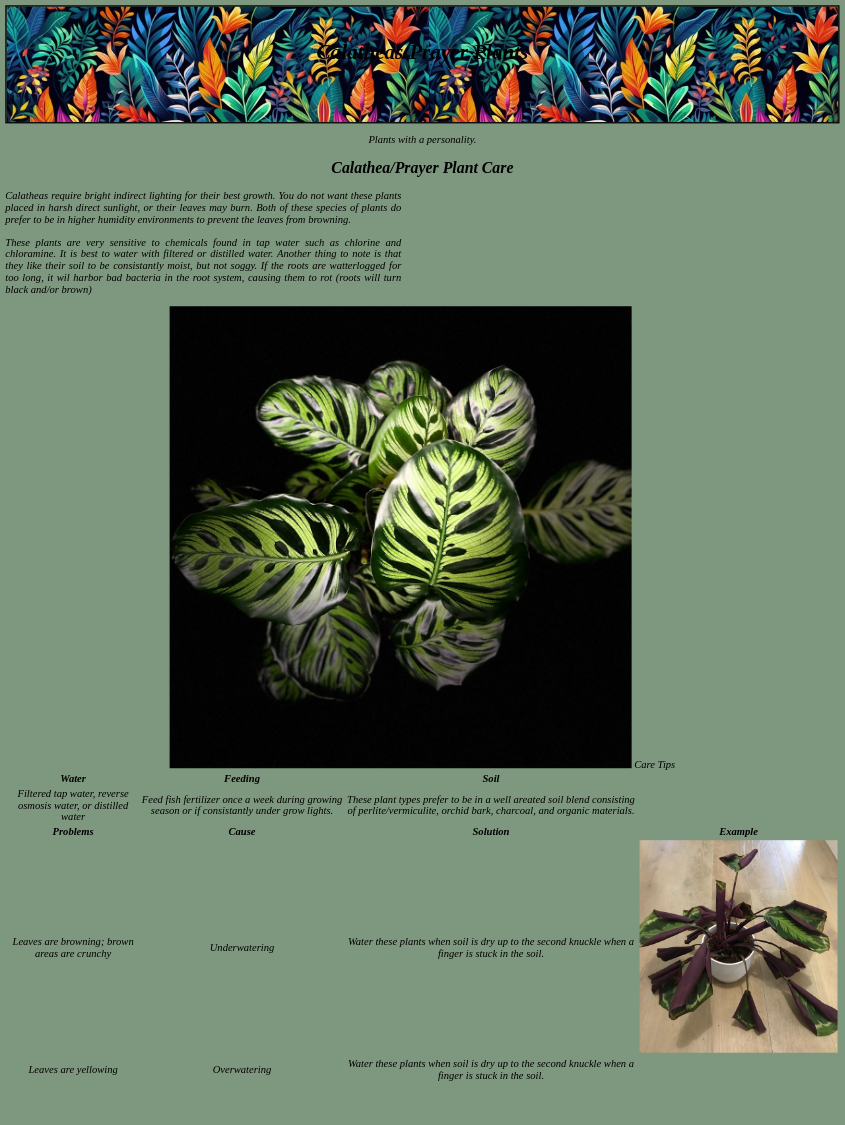
Repository: swillis91/odin-recipies
Page: Planty Page/calatheas.html
These files come from the project's save history. The page is drawn as it stood at one moment and after the next save; the edit follows.
The browser window is 1280 px wide. The pictures show the whole page, at 66% of full size.

Above is the page before, as saved 2023-08-10 00:33:32.

### Planty Page/calatheas.html
<!DOCTYPE html>
    <html>
        <head>
            <title>Calatheas</title>
            <link href="style.css" rel="stylesheet"
        </head>
        <body>
            <h1 class="heading">Calatheas/Prayer Plants</h1>
              <p>Plants with a personality.</p>
            <h2>Calathea/Prayer Plant Care</h2>
              <p class="care">Calatheas require bright indirect lighting for their best growth. You do not want these plants placed in harsh direct sunlight, or their leaves may burn. Both of these species of plants do prefer to be in higher humidity environments to prevent the leaves from browning.</p>
              <p class="care">These plants are very sensitive to chemicals found in tap water such as chlorine and chloramine. It is best to water with filtered or distilled water. Another thing to note is that they like their soil to be consistantly moist, but <em>not</em> soggy. If the roots are watterlogged for too long, it wil harbor bad bacteria in the root system, causing them to rot (roots will turn black  and/or brown)</p>
                <img src="./Images/makoyana.webp" id="calathea makoyana" width="700px">
            <thead>Care Tips</thead>
            <table>
                <tr>
                    <th>Water</th>
                    <th>Feeding</th>
                    <th>Soil</th>
                </tr>
                <tr>
                    <td>Filtered tap water, reverse osmosis water, or distilled water</td>
                    <td>Feed fish fertilizer once a week during growing season or if consistantly under grow lights.</td>
                    <td>These plant types prefer to be in a well areated soil blend consisting of perlite/vermiculite, orchid bark, charcoal, and organic materials.</td>
                </tr>
                <tr>
                    <th>Problems</th>
                    <th>Cause</th>
                    <th>Solution</th>
                    <th>Example</th>
                </tr>
                <tr>
                    <td>Leaves are browning; brown areas are crunchy</td>
                    <td>Underwatering</td>
                    <td>Water these plants when soil is dry up to the second knuckle when a finger is stuck in the soil.</td>
                    <td><img src='./Images/underwateredcalathea.jpg' width="300px"> </td>
                </tr>
                <tr>
                    <td>Leaves are yellowing</td>
                    <td>Overwatering</td>
                    <td>Water these plants when soil is dry up to the second knuckle when a finger is stuck in the soil.</td>
                </tr>
            </table>
        </body>
    </html>

### Planty Page/style.css
body{
    background-color: rgb(126, 152, 127);
    color:black;
    text-align: center;
    font-family:cursive;
    font-style: oblique;
}

.heading{
    color: rgba(0, 0, 0, 0.974);
    border: 2px solid rgb(0, 3, 3);
    background-image: url('Images/banner.jpg');
    height: 75px;
    margin: 0 auto;
    padding:50px 20px;

}

.care{
    text-align: justify;
    width: 600px;

}

#calathea-makoyana{
    width: 500px;
    Height: auto:
}

table{

}

After the next save:
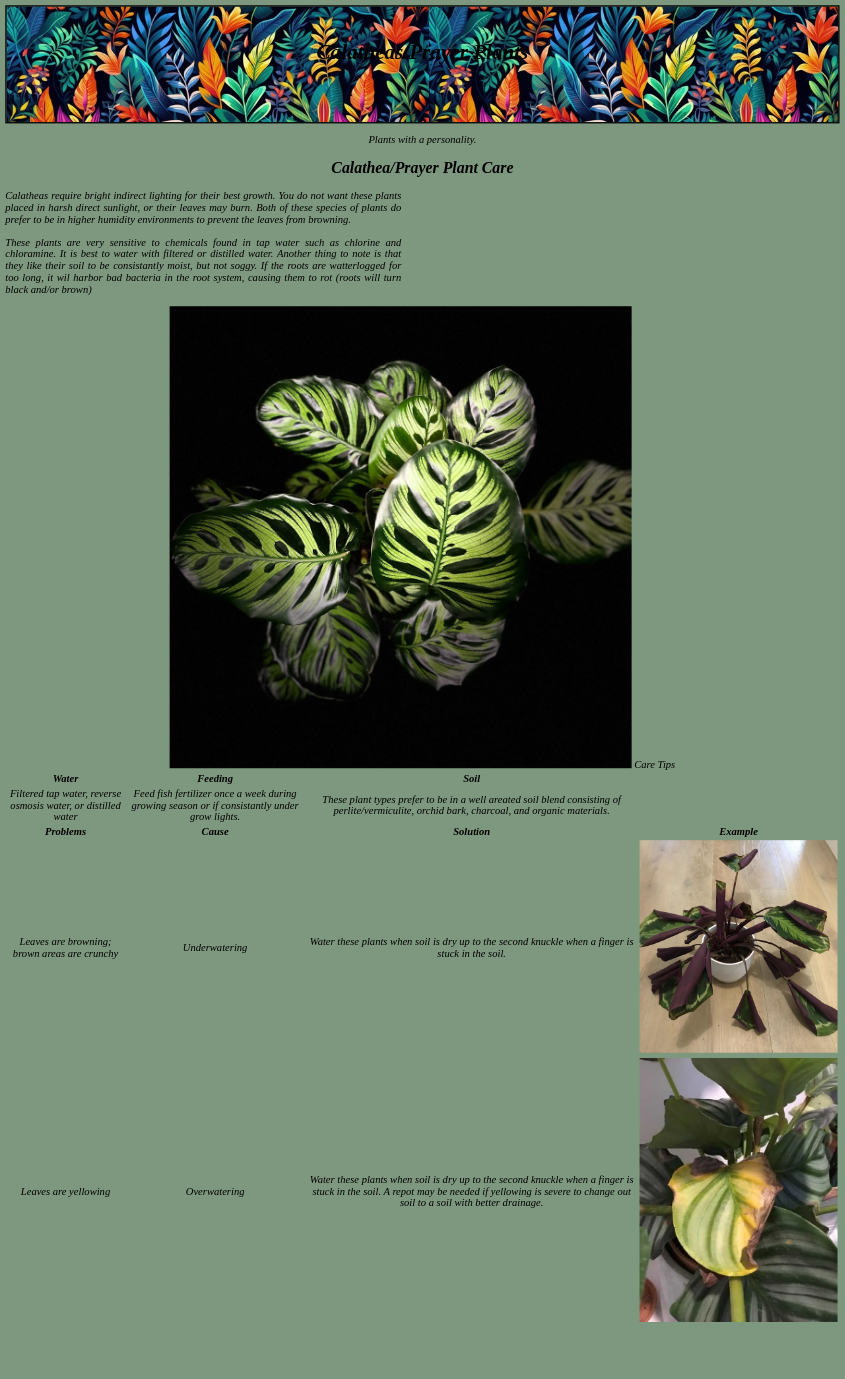
Saved 102 s later.
--- a/Planty Page/calatheas.html
+++ b/Planty Page/calatheas.html
@@ -38,7 +38,8 @@
                 <tr>
                     <td>Leaves are yellowing</td>
                     <td>Overwatering</td>
-                    <td>Water these plants when soil is dry up to the second knuckle when a finger is stuck in the soil.</td>
+                    <td>Water these plants when soil is dry up to the second knuckle when a finger is stuck in the soil. A repot may be needed if yellowing is severe to change out soil to a soil with better drainage.</td>
+                    <td><img src="./Images/overwateredcalathea.webp" width="300px"> </td>
                 </tr>
             </table>
         </body>
